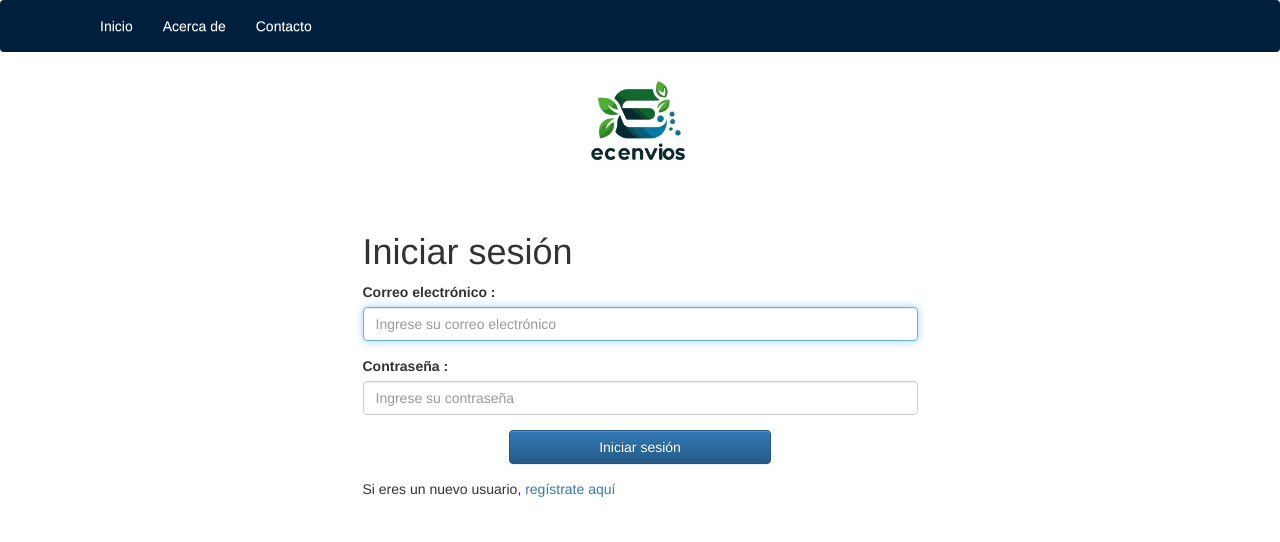
Repository: BolivarCaro/ecenviosweb
Page: http://localhost/login
An editor plug-in stored every save of this project. The page is shown before and after the next save, followed by the edit.
The browser window is 1280 px wide. The pictures show the whole page.
The page is this project's Thymeleaf template; nobody is signed in. The template is opened directly, without the code that normally fills it, so the values that code supplies are empty.

Above is the page before, as saved 2024-07-14 14:38:25.
Console error (its wording comes from the project's code and is left out).

After the next save:
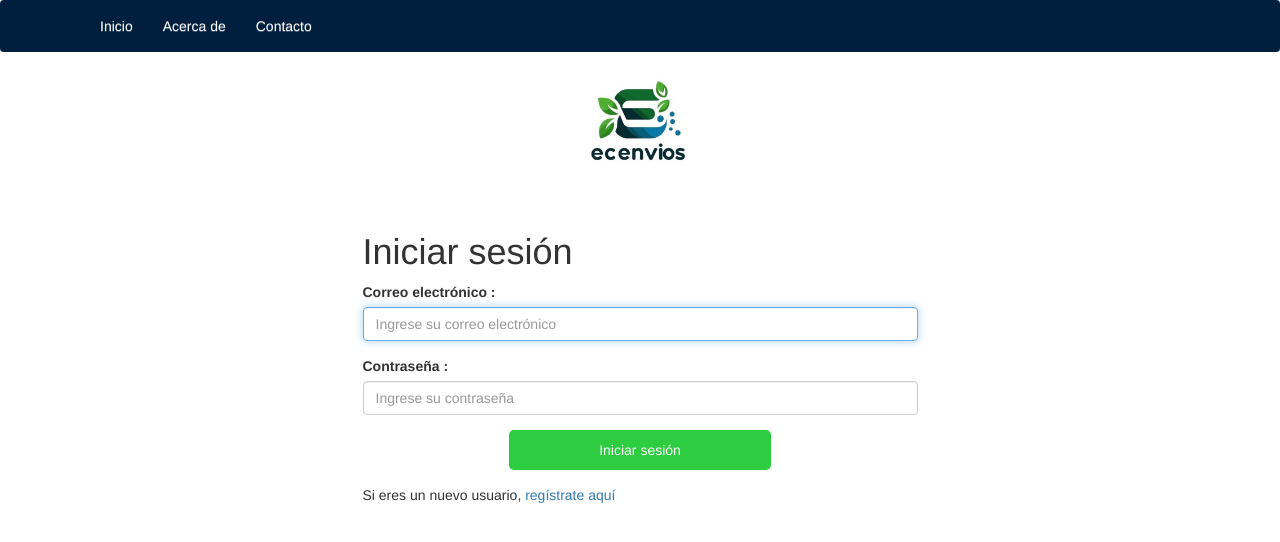
Saved 25 s later.
--- a/sprindbootecenvios/src/main/resources/templates/login.html
+++ b/sprindbootecenvios/src/main/resources/templates/login.html
@@ -75,9 +75,12 @@
                     </div>
                     <div class="form-group">
                         <div class="row">
-                            <div class="col-md-6 col-md-offset-3">
-                                <input type="submit" class="form-control btn btn-primary" name="login-submit" id="login-submit" value="Iniciar sesión" />
-                            </div>
+							<div class="col-md-6 col-md-offset-3 text-center">
+							    <button type="submit" class="btn" id="login-submit" style="width: 100%; padding: 10px; border-radius: 5px; background-color: #2ECC40; color: white; border: none;">
+							        Iniciar sesión
+							    </button>
+							</div>
+
                         </div>
                     </div>
                 </form>
